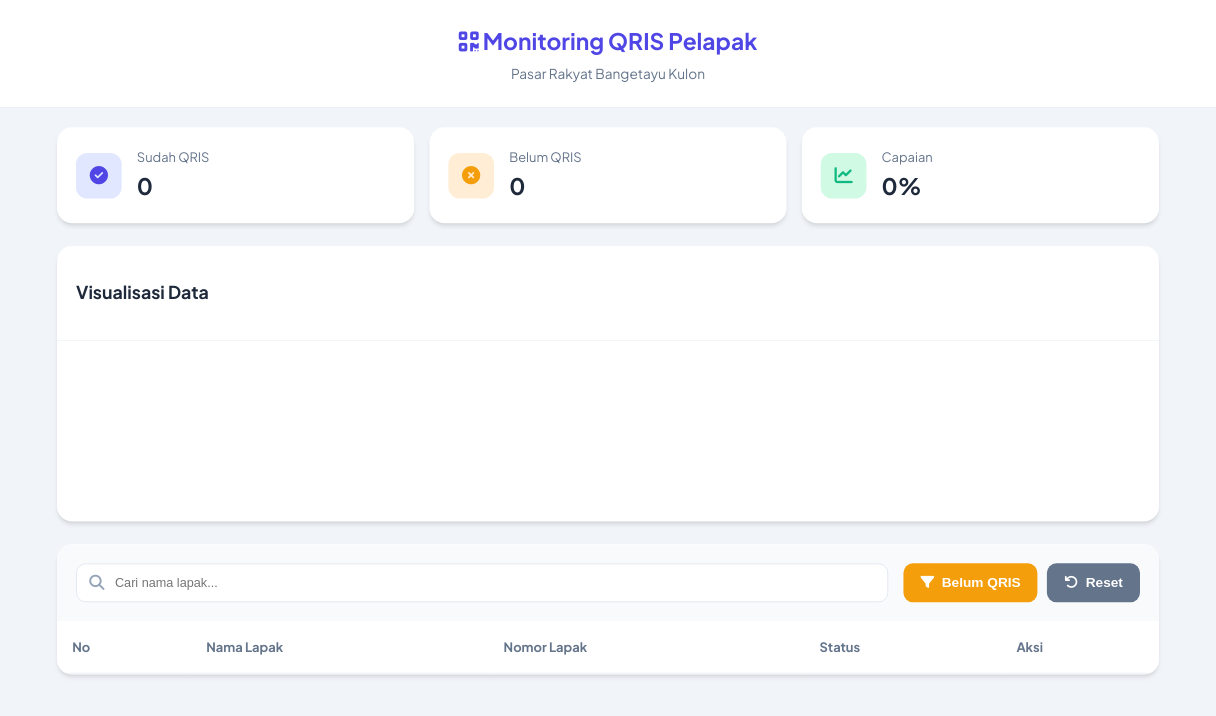
Repository: pasarrakyatbak/monitoringqrispelapak
Page: qris.html
The author's editor kept a copy of each file at every save. The page is drawn from the files as they stood at one save, then again after the next save.
The browser window is 1280 px wide. The pictures show the whole page, at 95% of full size.
The page's requests for data from a server got no answer.

Above is the page before, as saved 2026-01-06 19:20:56.

### qris.html
<!DOCTYPE html>
<html lang="id">

<head>
    <meta charset="UTF-8">
    <meta name="viewport" content="width=device-width, initial-scale=1">
    <title>Monitoring QRIS | Pasar Rakyat</title>
    <link href="https://fonts.googleapis.com/css2?family=Plus+Jakarta+Sans:wght@400;500;600;700&display=swap"
        rel="stylesheet">
    <link rel="stylesheet" href="https://cdnjs.cloudflare.com/ajax/libs/font-awesome/6.4.0/css/all.min.css">
    <link rel="stylesheet" href="qris.css">
    <script src="https://cdn.jsdelivr.net/npm/chart.js"></script>
</head>

<body>

    <header class="main-header">
        <div class="header-content">
            <h1><i class="fas fa-qrcode"></i> Monitoring QRIS Pelapak</h1>
            <p>Pasar Rakyat Bangetayu Kulon</p>
        </div>
    </header>

    <main class="container">
        <section class="stats-grid">
            <div class="stat-card blue">
                <div class="stat-icon"><i class="fas fa-check-circle"></i></div>
                <div class="stat-info">
                    <p>Sudah QRIS</p>
                    <h3 id="jmlSudah">0</h3>
                </div>
            </div>
            <div class="stat-card orange">
                <div class="stat-icon"><i class="fas fa-times-circle"></i></div>
                <div class="stat-info">
                    <p>Belum QRIS</p>
                    <h3 id="jmlBelum">0</h3>
                </div>
            </div>
            <div class="stat-card green">
                <div class="stat-icon"><i class="fas fa-chart-line"></i></div>
                <div class="stat-info">
                    <p>Capaian</p>
                    <h3 id="persenQRIS">0%</h3>
                </div>
            </div>
        </section>

        <section class="chart-container card">
            <div class="card-header">
                <h3>Visualisasi Data</h3>
            </div>
            <div class="canvas-wrapper">
                <canvas id="chartQRIS"></canvas>
            </div>
        </section>

        <section class="data-section card">
            <div class="toolbar">
                <div class="search-box">
                    <i class="fas fa-search"></i>
                    <input type="text" id="searchLapak" placeholder="Cari nama lapak..." onkeyup="filterLapak()">
                </div>
                <div class="filter-actions">
                    <button class="btn btn-warning" onclick="filterBelumQRIS()">
                        <i class="fas fa-filter"></i> Belum QRIS
                    </button>
                    <button class="btn btn-secondary" onclick="resetFilter()">
                        <i class="fas fa-undo"></i> Reset
                    </button>
                </div>
            </div>

            <div class="table-responsive">
                <table>
                    <thead>
                        <tr>
                            <th>No</th>
                            <th>Nama Lapak</th>
                            <th>Nomor Lapak</th>
                            <th>Status</th>
                            <th>Aksi</th>
                        </tr>
                    </thead>
                    <tbody id="dataQRIS">
                    </tbody>
                </table>
            </div>
        </section>
    </main>

    <script src="qris.js"></script>
</body>

</html>

### qris.css
:root {
    --primary: #4f46e5;
    --success: #10b981;
    --warning: #f59e0b;
    --danger: #ef4444;
    --dark: #1e293b;
    --light: #f8fafc;
    --shadow: 0 4px 6px -1px rgb(0 0 0 / 0.1), 0 2px 4px -2px rgb(0 0 0 / 0.1);
}

* {
    box-sizing: border-box;
}

body {
    font-family: 'Plus Jakarta Sans', sans-serif;
    background-color: #f1f5f9;
    color: var(--dark);
    margin: 0;
    line-height: 1.6;
}

.container {
    padding: 20px;
    max-width: 1200px;
    margin: auto;
}

/* Header */
.main-header {
    background: white;
    padding: 24px 20px;
    border-bottom: 1px solid #e2e8f0;
    text-align: center;
}

.main-header h1 {
    margin: 0;
    font-size: 1.5rem;
    color: var(--primary);
}

.main-header p {
    margin: 4px 0 0;
    color: #64748b;
    font-size: 0.9rem;
}

/* Cards */
.card {
    background: white;
    border-radius: 16px;
    box-shadow: var(--shadow);
    margin-bottom: 24px;
    overflow: hidden;
}

.card-header {
    padding: 16px 20px;
    border-bottom: 1px solid #f1f5f9;
    font-weight: 700;
}

/* Stats Grid */
.stats-grid {
    display: grid;
    grid-template-columns: repeat(auto-fit, minmax(250px, 1fr));
    gap: 16px;
    margin-bottom: 24px;
}

.stat-card {
    background: white;
    padding: 20px;
    border-radius: 16px;
    display: flex;
    align-items: center;
    gap: 16px;
    box-shadow: var(--shadow);
    transition: transform 0.2s;
}

.stat-card:hover {
    transform: translateY(-3px);
}

.stat-icon {
    width: 48px;
    height: 48px;
    border-radius: 12px;
    display: flex;
    align-items: center;
    justify-content: center;
    font-size: 1.2rem;
}

.blue .stat-icon {
    background: #e0e7ff;
    color: var(--primary);
}

.orange .stat-icon {
    background: #ffedd5;
    color: var(--warning);
}

.green .stat-icon {
    background: #d1fae5;
    color: var(--success);
}

.stat-info p {
    margin: 0;
    font-size: 0.85rem;
    color: #64748b;
}

.stat-info h3 {
    margin: 0;
    font-size: 1.5rem;
    font-weight: 700;
}

/* Toolbar */
.toolbar {
    padding: 20px;
    display: flex;
    justify-content: space-between;
    gap: 16px;
    flex-wrap: wrap;
    background: #f8fafc;
}

.search-box {
    position: relative;
    flex: 1;
    min-width: 250px;
}

.search-box i {
    position: absolute;
    left: 14px;
    top: 50%;
    transform: translateY(-50%);
    color: #94a3b8;
}

.search-box input {
    width: 100%;
    padding: 12px 12px 12px 40px;
    border-radius: 10px;
    border: 1px solid #e2e8f0;
    outline: none;
    transition: 0.2s;
}

.search-box input:focus {
    border-color: var(--primary);
    box-shadow: 0 0 0 3px rgba(79, 70, 229, 0.1);
}

.filter-actions {
    display: flex;
    gap: 10px;
}

/* Buttons */
.btn {
    padding: 10px 18px;
    border-radius: 10px;
    border: none;
    cursor: pointer;
    font-weight: 600;
    display: flex;
    align-items: center;
    gap: 8px;
    transition: 0.2s;
    font-size: 0.9rem;
}

.btn-warning {
    background: var(--warning);
    color: white;
}

.btn-secondary {
    background: #64748b;
    color: white;
}

.btn-primary {
    background: var(--primary);
    color: white;
    width: 100%;
    margin-top: 8px;
}

.btn:active {
    transform: scale(0.98);
}

/* Table */
.table-responsive {
    overflow-x: auto;
}

table {
    width: 100%;
    border-collapse: collapse;
}

th {
    background: white;
    padding: 16px;
    text-align: left;
    font-size: 0.85rem;
    color: #64748b;
    border-bottom: 2px solid #f1f5f9;
}

td {
    padding: 16px;
    border-bottom: 1px solid #f1f5f9;
    vertical-align: middle;
}

.badge {
    padding: 4px 12px;
    border-radius: 20px;
    font-size: 0.75rem;
    font-weight: 700;
}

.badge-sudah {
    background: #d1fae5;
    color: #065f46;
}

.badge-belum {
    background: #fee2e2;
    color: #991b1b;
}

.input-inline {
    padding: 8px;
    border: 1px solid #e2e8f0;
    border-radius: 6px;
    width: 100%;
}

/* Chart Canvas */
.canvas-wrapper {
    padding: 20px;
    max-height: 300px;
    display: flex;
    justify-content: center;
}

/* Mobile View */
@media (max-width: 768px) {
    thead {
        display: none;
    }

    tr {
        display: block;
        border: 1px solid #e2e8f0;
        margin: 15px;
        border-radius: 12px;
        padding: 10px;
    }

    td {
        display: flex;
        justify-content: space-between;
        align-items: center;
        border: none;
        padding: 8px;
    }

    td::before {
        content: attr(data-label);
        font-weight: 700;
        color: #64748b;
        font-size: 0.8rem;
    }

    .filter-actions {
        width: 100%;
    }

    .btn {
        flex: 1;
    }
}

### qris.js
const API_URL = "https://script.google.com/macros/s/AKfycby4z2qZ24SrJkcyGpybH29lSUC_3_z1LG-7wSmTzpaOEXrwjXf0Cl3hqkg95qAxPj1-/exec";

let semuaData = [];
let dataAktif = [];
let chart;

async function loadData() {
    try {
        const res = await fetch(`${API_URL}?action=listQRIS`);
        const json = await res.json();
        semuaData = json.data;
        dataAktif = semuaData;
        renderTable(dataAktif);
    } catch (err) {
        console.error("Gagal memuat data", err);
    }
}

async function loadStatistik() {
    try {
        const res = await fetch(`${API_URL}?action=statistikQRIS`);
        const d = await res.json();

        document.getElementById("jmlSudah").innerText = d.sudah;
        document.getElementById("jmlBelum").innerText = d.belum;

        const persen = Math.round((d.sudah / d.totalPelapak) * 100) || 0;
        document.getElementById("persenQRIS").innerText = persen + "%";

        renderChart(d.sudah, d.belum);
    } catch (err) {
        console.error("Gagal memuat statistik", err);
    }
}

function renderTable(data) {
    const tbody = document.getElementById("dataQRIS");
    tbody.innerHTML = "";

    data.forEach(d => {
        const tr = document.createElement("tr");
        const badgeClass = d.statusQRIS === "Sudah" ? "badge-sudah" : "badge-belum";

        tr.innerHTML = `
            <td data-label="No">${d.no}</td>
            <td data-label="Nama Lapak"><strong>${d.nama}</strong></td>
            <td data-label="Nomor Lapak">
                <input class="input-inline" id="lapak-${d.no}" value="${d.nomorLapak || ''}">
            </td>
            <td data-label="Status">
                <span class="badge ${badgeClass}">${d.statusQRIS}</span>
            </td>
            <td data-label="Aksi">
                <select class="input-inline" id="status-${d.no}">
                    <option value="Belum" ${d.statusQRIS === "Belum" ? "selected" : ""}>Belum</option>
                    <option value="Sudah" ${d.statusQRIS === "Sudah" ? "selected" : ""}>Sudah</option>
                </select>
                <button class="btn btn-primary" id="btn-${d.no}" onclick="simpan(${d.no})">
                    <i class="fas fa-save"></i> Simpan
                </button>
            </td>
        `;
        tbody.appendChild(tr);
    });
}

async function simpan(no) {
    const btn = document.getElementById(`btn-${no}`);
    const originalText = btn.innerHTML;

    // Loading State
    btn.disabled = true;
    btn.innerHTML = `<i class="fas fa-spinner fa-spin"></i>...`;

    const nomorLapak = document.getElementById(`lapak-${no}`).value;
    const statusQRIS = document.getElementById(`status-${no}`).value;

    try {
        await fetch(`${API_URL}?action=updateQRISPelapak&no=${no}&nomorLapak=${encodeURIComponent(nomorLapak)}&statusQRIS=${statusQRIS}`, {
            method: "POST"
        });

        // Refresh data
        await Promise.all([loadData(), loadStatistik()]);
        alert("Data berhasil diperbarui!");
    } catch (err) {
        alert("Gagal menyimpan data");
    } finally {
        btn.disabled = false;
        btn.innerHTML = originalText;
    }
}

function filterLapak() {
    const keyword = document.getElementById("searchLapak").value.toLowerCase();
    const filtered = semuaData.filter(d => d.nama.toLowerCase().includes(keyword));
    renderTable(filtered);
}

function filterBelumQRIS() {
    const filtered = semuaData.filter(d => d.statusQRIS !== "Sudah");
    renderTable(filtered);
}

function resetFilter() {
    document.getElementById("searchLapak").value = "";
    renderTable(semuaData);
}

function renderChart(sudah, belum) {
    const ctx = document.getElementById("chartQRIS");
    if (chart) chart.destroy();

    chart = new Chart(ctx, {
        type: "doughnut",
        data: {
            labels: ["Sudah", "Belum"],
            datasets: [{
                data: [sudah, belum],
                backgroundColor: ["#10b981", "#ef4444"],
                borderWidth: 0,
                hoverOffset: 10
            }]
        },
        options: {
            maintainAspectRatio: false,
            plugins: {
                legend: { position: "bottom", labels: { usePointStyle: true, padding: 20 } }
            },
            cutout: '70%'
        }
    });
}

// Initial Load
document.addEventListener("DOMContentLoaded", () => {
    loadData();
    loadStatistik();
});

After the next save:
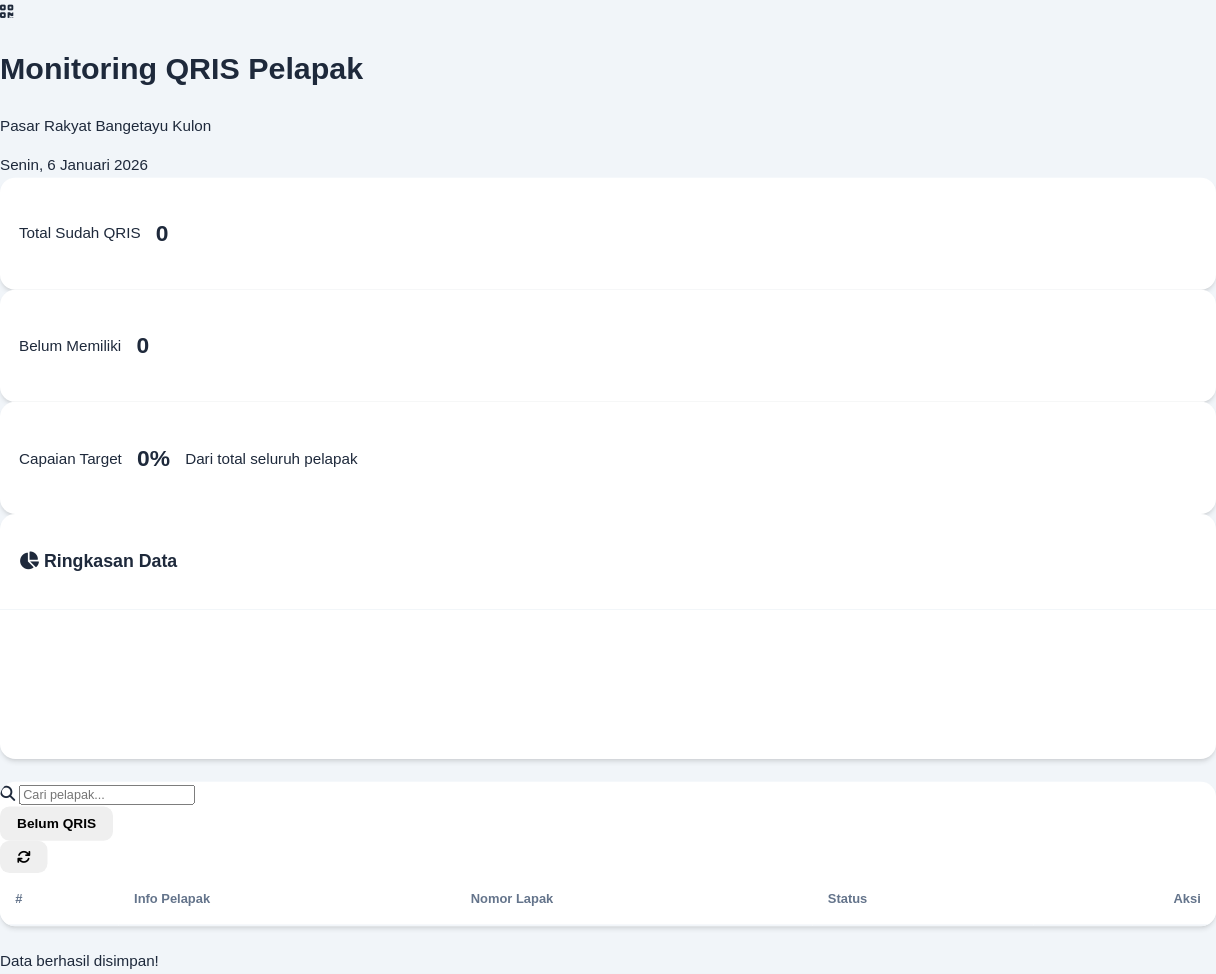
Saved 90 s later.
--- a/qris.html
+++ b/qris.html
@@ -4,9 +4,8 @@
 <head>
     <meta charset="UTF-8">
     <meta name="viewport" content="width=device-width, initial-scale=1">
-    <title>Monitoring QRIS | Pasar Rakyat</title>
-    <link href="https://fonts.googleapis.com/css2?family=Plus+Jakarta+Sans:wght@400;500;600;700&display=swap"
-        rel="stylesheet">
+    <title>Monitoring QRIS | Dashboard</title>
+    <link href="https://fonts.googleapis.com/css2?family=Inter:wght@400;500;600;700&display=swap" rel="stylesheet">
     <link rel="stylesheet" href="https://cdnjs.cloudflare.com/ajax/libs/font-awesome/6.4.0/css/all.min.css">
     <link rel="stylesheet" href="qris.css">
     <script src="https://cdn.jsdelivr.net/npm/chart.js"></script>
@@ -14,80 +13,86 @@
 
 <body>
 
-    <header class="main-header">
-        <div class="header-content">
-            <h1><i class="fas fa-qrcode"></i> Monitoring QRIS Pelapak</h1>
-            <p>Pasar Rakyat Bangetayu Kulon</p>
-        </div>
-    </header>
+    <div class="app-container">
+        <header class="header">
+            <div class="header-inner">
+                <div class="brand">
+                    <div class="icon-box"><i class="fas fa-qrcode"></i></div>
+                    <div>
+                        <h1>Monitoring QRIS Pelapak</h1>
+                        <p>Pasar Rakyat Bangetayu Kulon</p>
+                    </div>
+                </div>
+                <div class="current-date" id="dateToday">Senin, 6 Januari 2026</div>
+            </div>
+        </header>
 
-    <main class="container">
-        <section class="stats-grid">
-            <div class="stat-card blue">
-                <div class="stat-icon"><i class="fas fa-check-circle"></i></div>
-                <div class="stat-info">
-                    <p>Sudah QRIS</p>
-                    <h3 id="jmlSudah">0</h3>
+        <main class="content">
+            <div class="stats-row">
+                <div class="stat-card">
+                    <span class="label">Total Sudah QRIS</span>
+                    <h2 id="jmlSudah">0</h2>
+                    <div class="progress-bar">
+                        <div id="barSudah" style="width: 0%"></div>
+                    </div>
                 </div>
-            </div>
-            <div class="stat-card orange">
-                <div class="stat-icon"><i class="fas fa-times-circle"></i></div>
-                <div class="stat-info">
-                    <p>Belum QRIS</p>
-                    <h3 id="jmlBelum">0</h3>
+                <div class="stat-card">
+                    <span class="label">Belum Memiliki</span>
+                    <h2 id="jmlBelum">0</h2>
+                    <div class="progress-bar warning">
+                        <div id="barBelum" style="width: 0%"></div>
+                    </div>
                 </div>
-            </div>
-            <div class="stat-card green">
-                <div class="stat-icon"><i class="fas fa-chart-line"></i></div>
-                <div class="stat-info">
-                    <p>Capaian</p>
-                    <h3 id="persenQRIS">0%</h3>
-                </div>
-            </div>
-        </section>
-
-        <section class="chart-container card">
-            <div class="card-header">
-                <h3>Visualisasi Data</h3>
-            </div>
-            <div class="canvas-wrapper">
-                <canvas id="chartQRIS"></canvas>
-            </div>
-        </section>
-
-        <section class="data-section card">
-            <div class="toolbar">
-                <div class="search-box">
-                    <i class="fas fa-search"></i>
-                    <input type="text" id="searchLapak" placeholder="Cari nama lapak..." onkeyup="filterLapak()">
-                </div>
-                <div class="filter-actions">
-                    <button class="btn btn-warning" onclick="filterBelumQRIS()">
-                        <i class="fas fa-filter"></i> Belum QRIS
-                    </button>
-                    <button class="btn btn-secondary" onclick="resetFilter()">
-                        <i class="fas fa-undo"></i> Reset
-                    </button>
+                <div class="stat-card highlight">
+                    <span class="label">Capaian Target</span>
+                    <h2 id="persenQRIS">0%</h2>
+                    <p class="sub-label">Dari total seluruh pelapak</p>
                 </div>
             </div>
 
-            <div class="table-responsive">
-                <table>
-                    <thead>
-                        <tr>
-                            <th>No</th>
-                            <th>Nama Lapak</th>
-                            <th>Nomor Lapak</th>
-                            <th>Status</th>
-                            <th>Aksi</th>
-                        </tr>
-                    </thead>
-                    <tbody id="dataQRIS">
-                    </tbody>
-                </table>
+            <div class="dashboard-grid">
+                <section class="card chart-section">
+                    <div class="card-header">
+                        <h3><i class="fas fa-chart-pie"></i> Ringkasan Data</h3>
+                    </div>
+                    <div class="chart-box">
+                        <canvas id="chartQRIS"></canvas>
+                    </div>
+                </section>
+
+                <section class="card table-section">
+                    <div class="table-toolbar">
+                        <div class="search-wrapper">
+                            <i class="fas fa-search"></i>
+                            <input type="text" id="searchLapak" placeholder="Cari pelapak..." onkeyup="filterLapak()">
+                        </div>
+                        <div class="action-buttons">
+                            <button class="btn btn-outline" onclick="filterBelumQRIS()">Belum QRIS</button>
+                            <button class="btn btn-ghost" onclick="resetFilter()"><i class="fas fa-sync"></i></button>
+                        </div>
+                    </div>
+
+                    <div class="table-container">
+                        <table>
+                            <thead>
+                                <tr>
+                                    <th>#</th>
+                                    <th>Info Pelapak</th>
+                                    <th>Nomor Lapak</th>
+                                    <th>Status</th>
+                                    <th style="text-align: right;">Aksi</th>
+                                </tr>
+                            </thead>
+                            <tbody id="dataQRIS">
+                            </tbody>
+                        </table>
+                    </div>
+                </section>
             </div>
-        </section>
-    </main>
+        </main>
+    </div>
+
+    <div id="toast" class="toast">Data berhasil disimpan!</div>
 
     <script src="qris.js"></script>
 </body>
